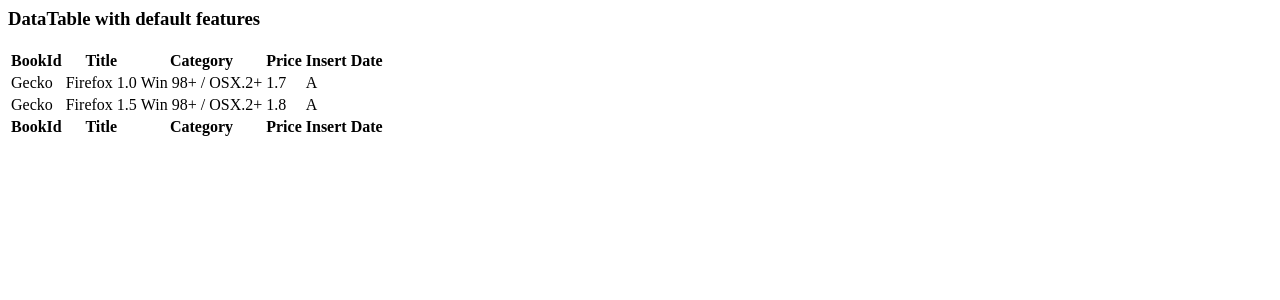
Repository: gw9955/eGov
Page: http://localhost/egovProj/WEB-INF/views/book/list.jsp
These files come from the project's save history. The page is drawn as it stood at one moment and after the next save; the edit follows.
The browser window is 1280 px wide. The pictures show the whole page.
The page is served by Tomcat 9. Nobody is signed in. The template is opened directly, without the code that normally fills it, so the values that code supplies are empty.

Above is the page before, as saved 2022-11-11 08:31:14.

After the next save:
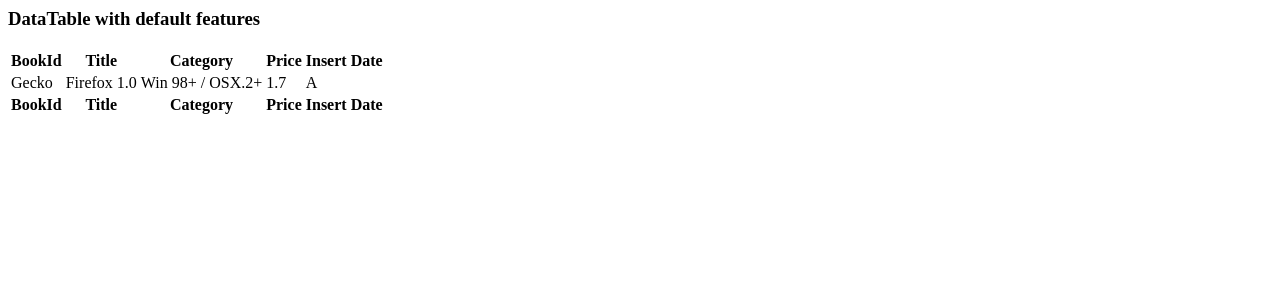
Saved 5 s later.
--- a/egovProj/src/main/webapp/WEB-INF/views/book/list.jsp
+++ b/egovProj/src/main/webapp/WEB-INF/views/book/list.jsp
@@ -37,13 +37,6 @@
 								<td>Firefox 1.0</td>
 								<td>Win 98+ / OSX.2+</td>
 								<td>1.7</td>
-								<td>A</td>
-							</tr>
-							<tr class="even">
-								<td class="dtr-control sorting_1" tabindex="0">Gecko</td>
-								<td>Firefox 1.5</td>
-								<td>Win 98+ / OSX.2+</td>
-								<td>1.8</td>
 								<td>A</td>
 							</tr>
 						</tbody>
